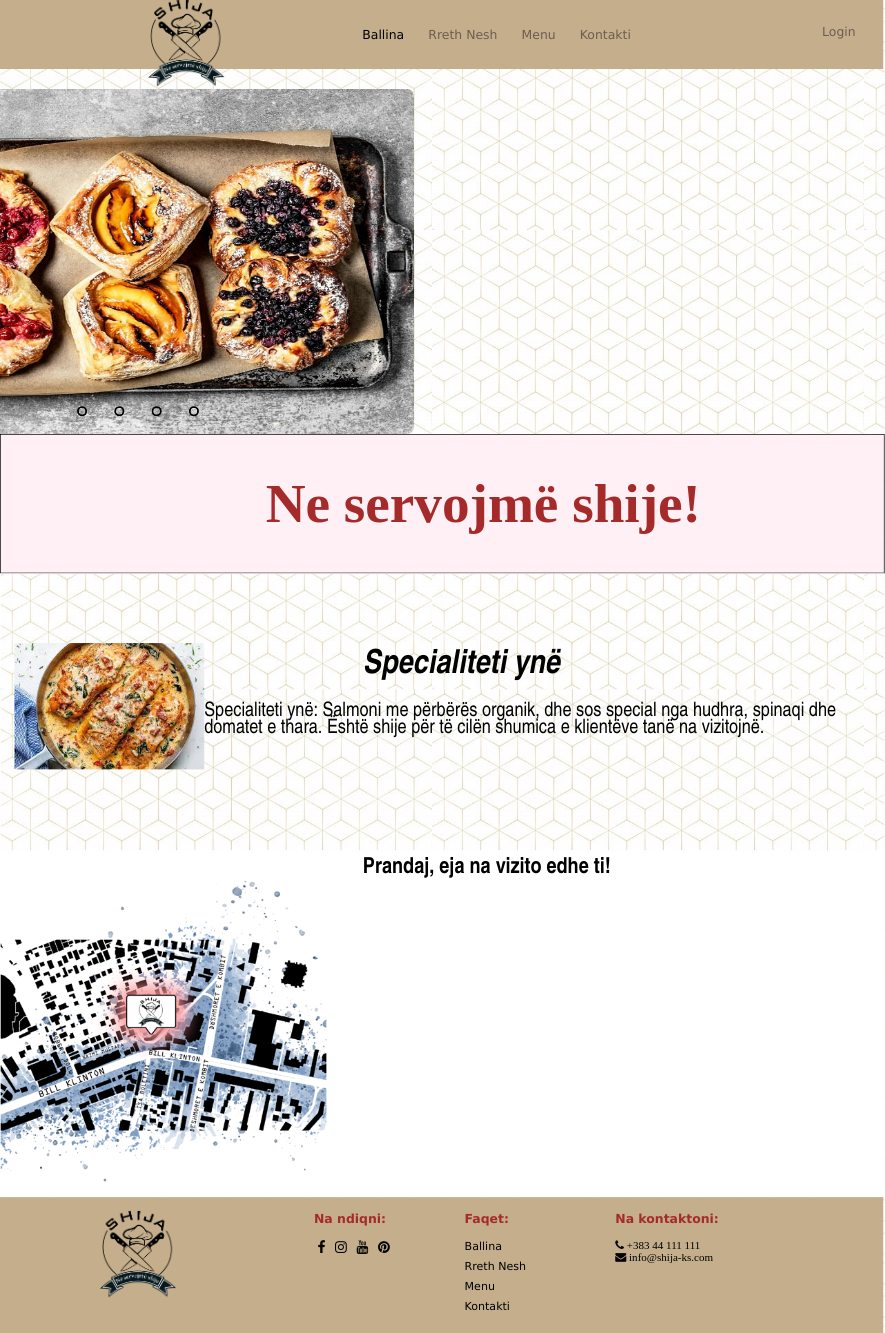
Repository: bs47892/ProjektiWeb-Shija2020
Page: http://localhost/shija.html
The author's editor kept a copy of each file at every save. The page is drawn from the files as they stood at one save, then again after the next save.
The browser window is 1280 px wide. The page is 1282 px wide, so the pictures cover 1282 px, including what lies to the right of the window. The pictures show the whole page, at 69% of full size.
The page is run by PHP 8.4 with error messages shown; the project is at /var/www/html/.

Above is the page before, as saved 2021-02-11 22:53:46.

After the next save:
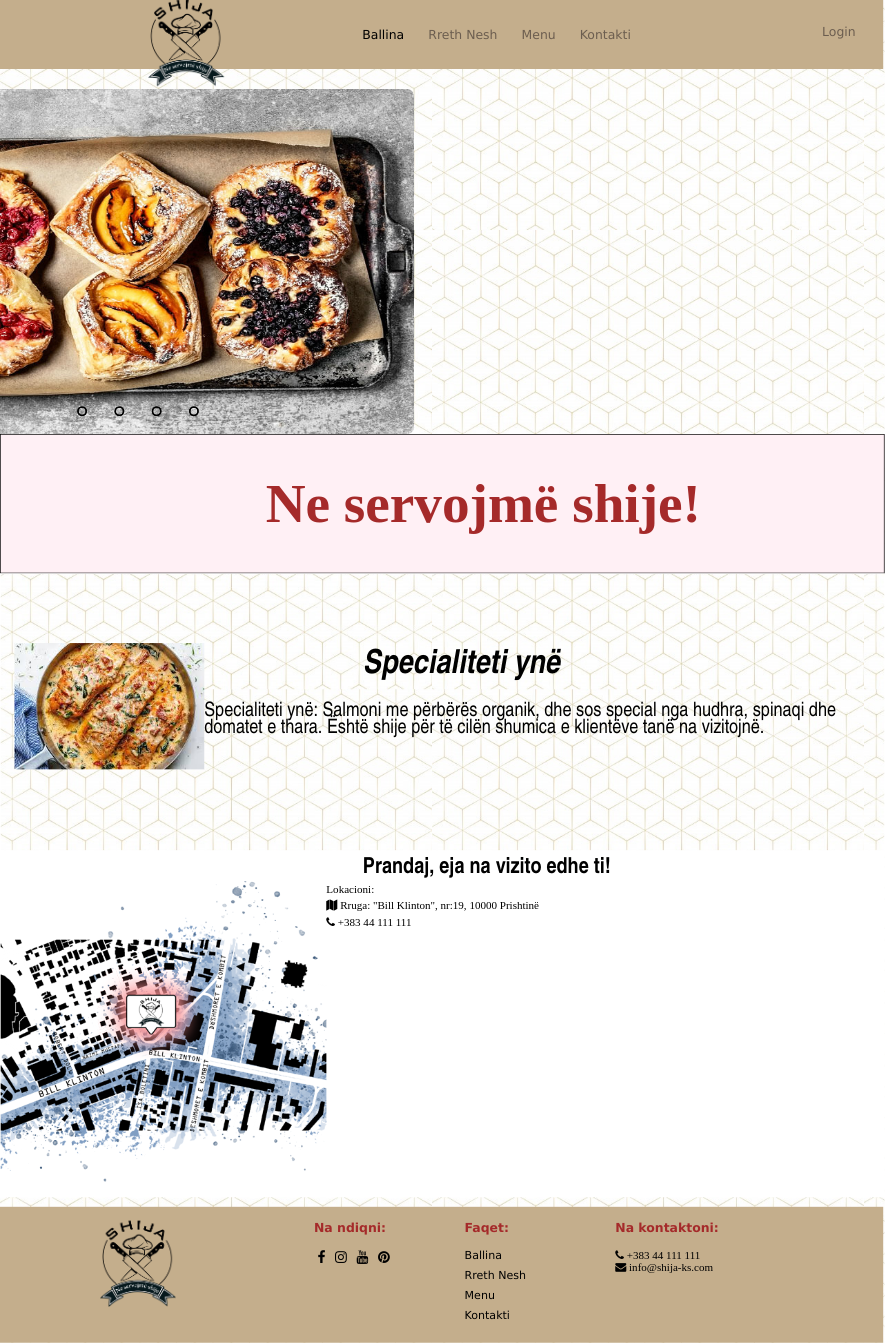
Saved 24 s later.
--- a/style.css
+++ b/style.css
@@ -280,7 +280,7 @@ footer{
 
    }
 .lokacioni img{
-    margin-left: 0%;
+ float: left;
 
 }
 .lokacioni h1{
